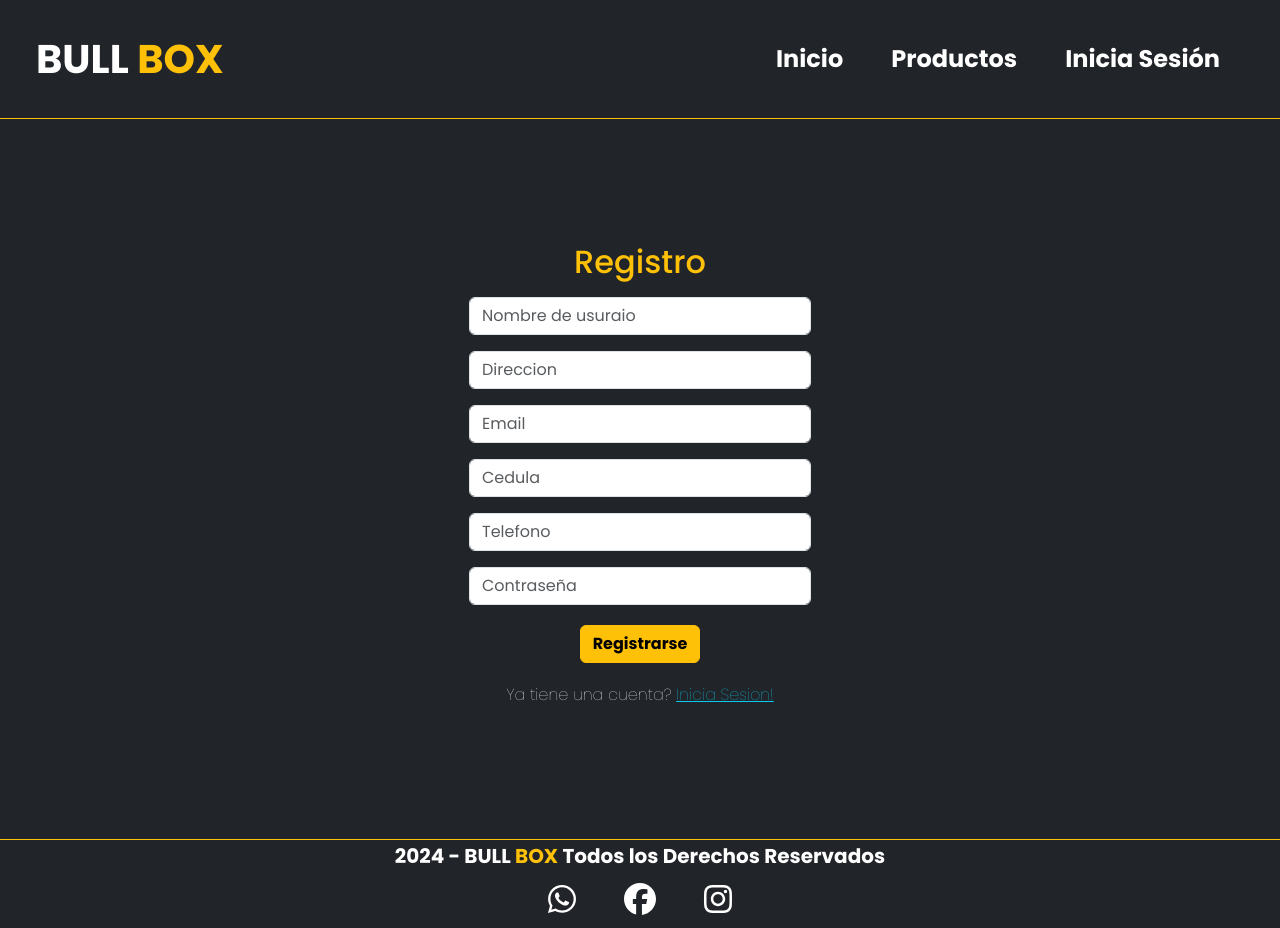
Repository: enjeru13/BullBox
Page: /register (app in BullBox/)
These files come from the project's save history. The page is drawn as it stood at one moment and after the next save; the edit follows.
The browser window is 1280 px wide. The pictures show the whole page.
The project was rebuilt for these pictures with package versions that can differ from the ones it lists, and the page was loaded fresh each time. Also part of the build but not shown: BullBox/vite.config.js, BullBox/src/components/Mapa.css, BullBox/src/components/Mapa.jsx, BullBox/src/pages/Inicio.jsx, BullBox/src/pages/Login.jsx, BullBox/src/components/WeightForm.jsx, BullBox/src/components/WeightChart.jsx, BullBox/src/pages/Perfil.jsx and 2 more.

Above is the page before, as saved 2024-10-31 12:28:48.

### BullBox/index.html
<!doctype html>
<html lang="en">
  <head>
    <meta charset="UTF-8" />
    <link rel="icon" type="image/svg+xml" href="/vite.svg" />
    <link rel="preconnect" href="https://fonts.googleapis.com">
<link rel="preconnect" href="https://fonts.gstatic.com" crossorigin>
<link href="https://fonts.googleapis.com/css2?family=Poppins:ital,wght@0,100;0,200;0,300;0,400;0,500;0,600;0,700;0,800;0,900;1,100;1,200;1,300;1,400;1,500;1,600;1,700;1,800;1,900&family=Raleway:ital,wght@0,100;0,200;0,300;0,400;0,500;0,600;0,700;0,800;0,900;1,100;1,200;1,300;1,400;1,500;1,600;1,700;1,800;1,900&display=swap" rel="stylesheet">
    <meta name="viewport" content="width=device-width, initial-scale=1.0" />
    <title>Bull Box</title>
  </head>
  <body>
    <div id="root"></div>
    <script type="module" src="/src/main.jsx"></script>
    <script
    src="https://cdn.jsdelivr.net/npm/bootstrap@5.0.2/dist/js/bootstrap.bundle.min.js"
    integrity="sha384-MrcW6ZMFYlzcLA8Nl+NtUVF0sA7MsXsP1UyJoMp4YLEuNSfAP+JcXn/tWtIaxVXM"
    crossorigin="anonymous"
  ></script>
</html>

### BullBox/src/App.jsx
import { BrowserRouter, Routes, Route } from "react-router-dom";
import { AuthProvider } from "./context/AuthContext";
import Header from "./components/Header";
import Inicio from "./pages/Inicio";
import Registro from "./pages/Registro";
import Login from "./pages/Login";
import Perfil from "./pages/Perfil";
import Tienda from "./pages/Tienda";
import ProtectedRoute from "../ProtectedRoute";
import Footer from "./components/Footer";

function App() {
  return (
    <AuthProvider>
        <BrowserRouter>
          <Header />
          <Routes>
            <Route path="/" element={<Inicio />} />

            <Route path="/register" element={<Registro />} />

            <Route path="/login" element={<Login />} />

            <Route path="/tienda" element={<Tienda />} />

            <Route element={<ProtectedRoute />}>
              <Route path="/profile" element={<Perfil />} />
            </Route>
          </Routes>
          <Footer />
        </BrowserRouter>
    </AuthProvider>
  );
}

export default App;

### BullBox/src/index.css
* {
  margin: 0;
  padding: 0;
  font-family: "Poppins", serif;
  font-optical-sizing: auto;
  font-weight: 100;
  font-style: normal;
}

/* Inicio */

.bg-image {
  background: linear-gradient(rgba(0, 0, 0, 0.717), rgba(36, 38, 42, 0.745)),
    url("/img/fondo.jpg");
  height: 100vh; /* 100vh = 100% de la altura de la viewport */
  width: 100vw; /* 100vw = 100% del ancho de la viewport */
  background-size: cover; /* Hace que la imagen cubra todo el espacio disponible */
  background-position: center; /* Centra la imagen */
  background-repeat: no-repeat; /* Evita que la imagen se repita */
  justify-content: center;
  align-items: center;
  display: flex;
}

/* Nosotros */

.bg {
  background-color: #dde1e9;
}

.justified-text {
  text-align: justify;
}

/* Servicios */

.bg-image-servicios {
  background: linear-gradient(rgba(0, 0, 0, 0.717), rgba(36, 38, 42, 0.745)),
    url("/img/fondo-servicios.jpg");
  background-size: cover; /* Hace que la imagen cubra todo el espacio disponible */
  background-position: center; /* Centra la imagen */
  background-repeat: no-repeat; /* Evita que la imagen se repita */
}

/* Planes */

.bg-image-planes {
  background: linear-gradient(rgba(0, 0, 0, 0.717), rgba(36, 38, 42, 0.745)),
    url("/img/fondo-planes1.jpg");
  background-size: cover; /* Hace que la imagen cubra todo el espacio disponible */
  background-position: center; /* Centra la imagen */
  background-repeat: no-repeat; /* Evita que la imagen se repita */
}

.bg-card {
  background: linear-gradient(rgba(0, 0, 0, 0.745), rgb(18, 17, 17));
}

/* Footer */

/* Footer.css */
.footer {
  background-color: #343a40; /* color oscuro */
  border-top: 2px solid #ffc107; /* línea superior en color warning */
  padding: 1rem; /* espaciado interno */
  text-align: center; /* centrar texto */
}

### BullBox/src/context/AuthContext.jsx
import { createContext, useContext, useState, useEffect } from "react";
import { registerRequest, loginRequest, verifyTokenRequest } from "../api/auth";
import Cookies from "js-cookie";

const AuthContext = createContext();

// eslint-disable-next-line react-refresh/only-export-components
export const useAuth = () => {
  const context = useContext(AuthContext);
  if (!context) {
    throw new Error("useAuth deberia estar dentro del Provider");
  }
  return context;
};

// eslint-disable-next-line react/prop-types
export const AuthProvider = ({ children }) => {
  const [user, setUser] = useState(null);
  const [isAuthenticated, setIsAuthenticated] = useState(false);
  const [errors, setErrors] = useState([]);
  const [loading, setLoading] = useState(true);

  const signUp = async (user) => {
    try {
      const res = await registerRequest(user);
      console.log(res.data);
      setUser(res.data);
      setIsAuthenticated(true);
    } catch (error) {
      console.log(error.response);
      setErrors(error.response.data);
    }
  };

  const signIn = async (user) => {
    try {
      const res = await loginRequest(user);
      console.log(res.data);
      setUser(res.data);
      setIsAuthenticated(true);
    } catch (error) {
      if (Array.isArray(error.response.data)) {
        return setErrors(error.response.data);
      }
      setErrors([error.response.data.message]);
    }
  };

  const logOut = () => {
    Cookies.remove("token");
    setIsAuthenticated(false);
    setUser(null);
  };

  // timer de las alertas de errores

  useEffect(() => {
    if (errors.length > 0) {
      const timer = setTimeout(() => {
        setErrors([]);
      }, 3000);
      return () => clearTimeout(timer);
    }
  }, [errors]);

  useEffect(() => {
    async function checkLogin() {
      const cookies = Cookies.get();

      if (!cookies.token) {
        setIsAuthenticated(false);
        setLoading(false);
        return setUser(null);
      }
      try {
        const res = await verifyTokenRequest(cookies.token);
        if (!res.data) {
          setIsAuthenticated(false);
          setLoading(false);
          return;
        }

        setIsAuthenticated(true);
        setUser(res.data);
        setLoading(false);
      } catch (error) {
        console.log(error);
        setIsAuthenticated(false);
        setUser(null);
        setLoading(false);
      }
    }
    checkLogin();
  }, []);

  return (
    <AuthContext.Provider
      value={{
        signUp,
        signIn,
        logOut,
        loading,
        user,
        isAuthenticated,
        errors,
      }}
    >
      {children}
    </AuthContext.Provider>
  );
};

export default AuthContext;

### BullBox/src/components/Header.jsx
import { Link } from "react-router-dom";
import { useAuth } from "../context/AuthContext";

function Header() {
  const { isAuthenticated, logOut, user } = useAuth();

  return (
    <>
      <nav className="navbar navbar-expand-lg bg-dark border-bottom border-warning p-4 sticky-top">
        <div className="container-fluid">
          <a className="navbar-brand text-white fs-1 fw-bold" href="#">
            BULL <span className="text-warning fw-bold">BOX</span>
          </a>
          <button
            className="navbar-toggler border-2 border-warning"
            type="button"
            data-bs-toggle="collapse"
            data-bs-target="#navbarNav"
            aria-controls="navbarNav"
            aria-expanded="false"
            aria-label="Toggle navigation"
          >
            <span className="navbar-toggler-icon"></span>
          </button>
          <div className="collapse navbar-collapse " id="navbarNav">
            <ul className="navbar-nav ms-auto justify-content-center align-items-center">
              <li className="nav-item">
                <Link
                  className="nav-link text-white fs-4 active mx-3 fw-bold"
                  aria-current="page"
                  to="/"
                >
                  Inicio
                </Link>
              </li>
              <li className="nav-item">
                <Link
                  className="nav-link text-white fs-4 mx-3 fw-bold"
                  to="/products"
                >
                  Productos
                </Link>
              </li>
              {isAuthenticated ? (
                <>
                  <li className="nav-item">
                    <Link
                      className="nav-link text-white fs-4 mx-3 fw-bold"
                      to="/profile"
                    >
                      Tu perfil {user.username}{" "}
                    </Link>
                  </li>
                  <li className="nav-item ">
                    <Link
                      className="nav-link text-white fs-4 mx-3 fw-bold"
                      to="/"
                      onClick={() => {
                        logOut();
                      }}
                    >
                      Cerrar Sesión
                    </Link>
                  </li>
                </>
              ) : (
                <>
                  <li className="nav-item">
                    <Link
                      className="nav-link text-white fs-4 mx-3 fw-bold"
                      to="/login"
                    >
                      Inicia Sesión
                    </Link>
                  </li>
                </>
              )}
            </ul>
          </div>
        </div>
      </nav>
    </>
  );
}

export default Header;

### BullBox/src/pages/Registro.jsx
import { useEffect } from "react";
import { useForm } from "react-hook-form";
import { useAuth } from "../context/AuthContext";
import { useNavigate, Link } from "react-router-dom";

function Registro() {
  const {
    register,
    handleSubmit,
    formState: { errors },
  } = useForm();
  const { signUp, isAuthenticated, errors: registerErrors } = useAuth();
  const navigate = useNavigate();

  useEffect(() => {
    if (isAuthenticated) navigate("/profile");
  }, [isAuthenticated, navigate]);

  const onSubmit = handleSubmit(async (values) => {
    signUp(values);
  });

  return (
    <div className="bg-dark">
      <div className="vh-100 d-flex align-items-center justify-content-center">
        <div className="w-100">
          <div className="col">
            {registerErrors.map((error, i) => (
              <div className="bg-danger text-center p-2 text-white m-2" key={i}>
                {error}
              </div>
            ))}
            <form
              onSubmit={onSubmit}
              className=" d-flex flex-column align-items-center justify-content-center"
            >
              <div className="text-warning text-center m-2">
                <h2 className="">Registro</h2>
              </div>
              <div className="mb-3">
                <input
                  type="text"
                  className="form-control"
                  placeholder="Nombre de usuraio"
                  {...register("username", { required: true })}
                />
                {errors.username && (
                  <p className="text-danger">El usuario es obligatorio</p>
                )}
              </div>
              <div className="mb-3">
                <input
                  type="text"
                  className="form-control"
                  placeholder="Direccion"
                  {...register("direction", { required: true })}
                />
                {errors.direction && (
                  <p className="text-danger">La direccion es obligatoria</p>
                )}
              </div>
              <div className="mb-3">
                <input
                  type="text"
                  className="form-control "
                  placeholder="Email"
                  {...register("email", { required: true })}
                />
                {errors.email && (
                  <p className="text-danger">El correo el obligatorio</p>
                )}
              </div>
              <div className="mb-3">
                <input
                  type="number"
                  className="form-control"
                  placeholder="Cedula"
                  {...register("cedula", { required: true })}
                />
                {errors.cedula && (
                  <p className="text-danger">
                    El numero de cedula es obligatoria
                  </p>
                )}
              </div>
              <div className="mb-3">
                <input
                  type="number"
                  className="form-control"
                  placeholder="Telefono"
                  {...register("tlf", { required: true })}
                />
                {errors.tlf && (
                  <p className="text-danger">El numero de obligatorio</p>
                )}
              </div>
              <div className="mb-3">
                <input
                  type="password"
                  className="form-control"
                  placeholder="Contraseña"
                  {...register("password", { required: true })}
                />
                {errors.password && (
                  <p className="text-danger">La contraseña es obligatoria</p>
                )}
              </div>
              <button type="submit" className="m-1 btn btn-warning fw-bold">
                Registrarse
              </button>
              <p className="flex justify-between text-white m-3 ">
                Ya tiene una cuenta?{" "}
                <Link to="/login" className="text-info">
                  {" "}
                  Inicia Sesion!{" "}
                </Link>
              </p>
            </form>
          </div>
        </div>
      </div>
    </div>
  );
}

export default Registro;

### BullBox/src/components/Footer.jsx
import { FontAwesomeIcon } from "@fortawesome/react-fontawesome";
import {
  faWhatsapp,
  faFacebook,
  faInstagram,
} from "@fortawesome/free-brands-svg-icons";

function Footer() {
  return (
    <div className="footer d-flex flex-column align-items-center text-center bg-dark border-top border-warning container-fluid p-1">
      <h5 className="text-white fw-bold">
        2024 - BULL <span className="text-warning fw-bold">BOX</span> Todos los
        Derechos Reservados
      </h5>
      <div className="d-flex justify-content-center">
        <div className="nav-item">
          <a className="nav-link text-white fs-2" href="#">
            <FontAwesomeIcon icon={faWhatsapp} />
          </a>
        </div>
        <div className="nav-item">
          <a className="nav-link text-white fs-2 ms-5" href="#">
            <FontAwesomeIcon icon={faFacebook} />
          </a>
        </div>
        <div className="nav-item">
          <a className="nav-link text-white fs-2 ms-5" href="#">
            <FontAwesomeIcon icon={faInstagram} />
          </a>
        </div>
      </div>
    </div>
  );
}

export default Footer;

### BullBox/src/api/auth.js
import axios from "./axios";

export const registerRequest = (user) => axios.post(`/register`, user);

export const loginRequest = (user) => axios.post(`/login`, user);

export const verifyTokenRequest = () => axios.get(`/verify`);

### BullBox/src/api/axios.js
import axios from "axios";

const instance = axios.create({
  baseURL: "http://localhost:3000/api",
  withCredentials: true,
});

export default instance;

Loaded but not shown: BullBox/src/main.jsx (common file)

After the next save:
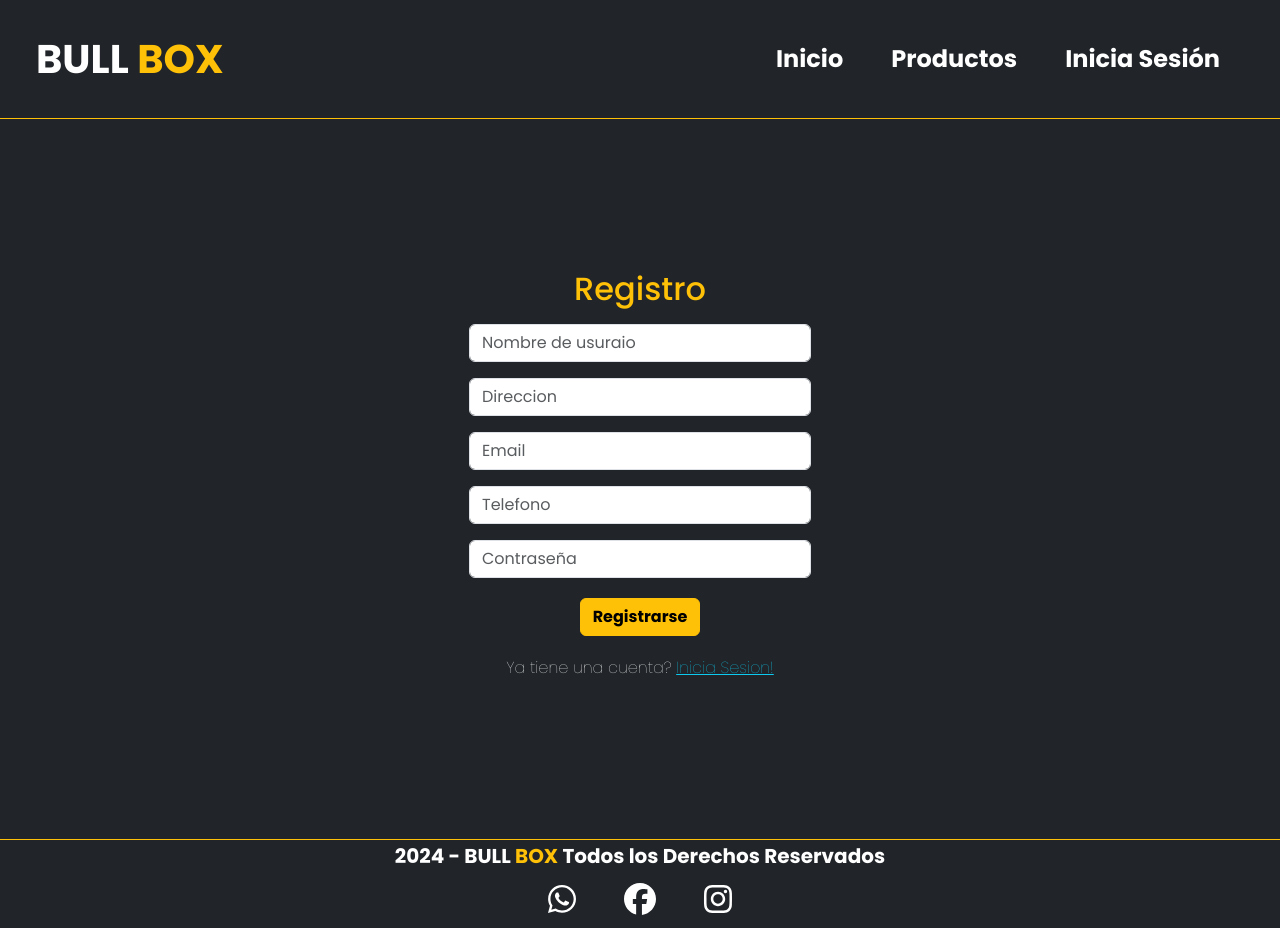
Saved 15 min 51 s later.
--- a/BullBox/src/pages/Registro.jsx
+++ b/BullBox/src/pages/Registro.jsx
@@ -74,19 +74,6 @@ function Registro() {
                 <input
                   type="number"
                   className="form-control"
-                  placeholder="Cedula"
-                  {...register("cedula", { required: true })}
-                />
-                {errors.cedula && (
-                  <p className="text-danger">
-                    El numero de cedula es obligatoria
-                  </p>
-                )}
-              </div>
-              <div className="mb-3">
-                <input
-                  type="number"
-                  className="form-control"
                   placeholder="Telefono"
                   {...register("tlf", { required: true })}
                 />
